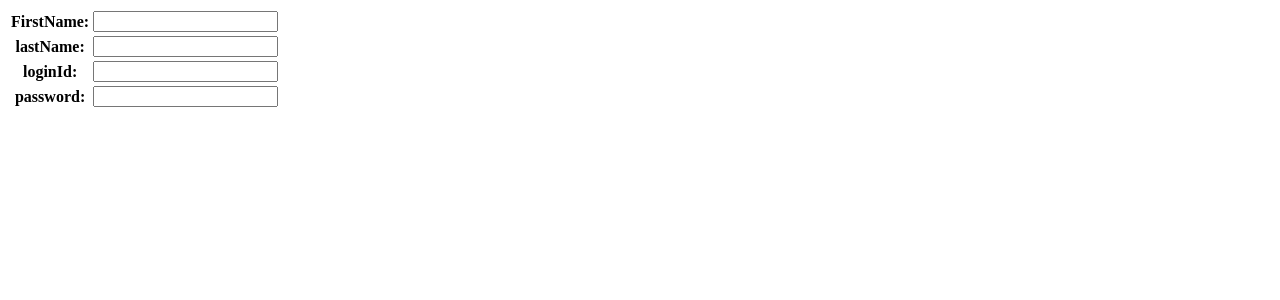
Repository: vikash9562/AdvanceJava
Page: http://localhost/DynamicProject/UserRegistration.jsp
These files come from the project's save history. The page is drawn as it stood at one moment and after the next save; the edit follows.
The browser window is 1280 px wide. The pictures show the whole page.
The page is served by Tomcat 9. Other server files are loaded and not shown.

Above is the page before, as saved 2023-08-14 08:46:30.

### advance java/DynamicProject/WebContent/UserRegistration.jsp
<%@ page language="java" contentType="text/html; charset=ISO-8859-1"
    pageEncoding="ISO-8859-1"%>
<!DOCTYPE html>
<html>
<head>
<meta charset="ISO-8859-1">
<title>Insert title here</title>
</head>
<body>
		<form action="Welcome.jsp">
					<table>
							<tr>
								<th> FirstName:</th>
								<td><Input type="text"name="FirstName"></td>
							</tr>

							<tr>
								<th> lastName:</th>
								<td><Input type="text"name="lastName"></td>
							</tr>

							<tr>
								<th> loginId:</th>
								<td><Input type="text"name="loginId"></td>
							</tr>

							<tr>
								<th> password:</th>
								<td><Input type="text"name="password"></td>
							</tr>

					</table>
		</form>
</body>
</html>

After the next save:
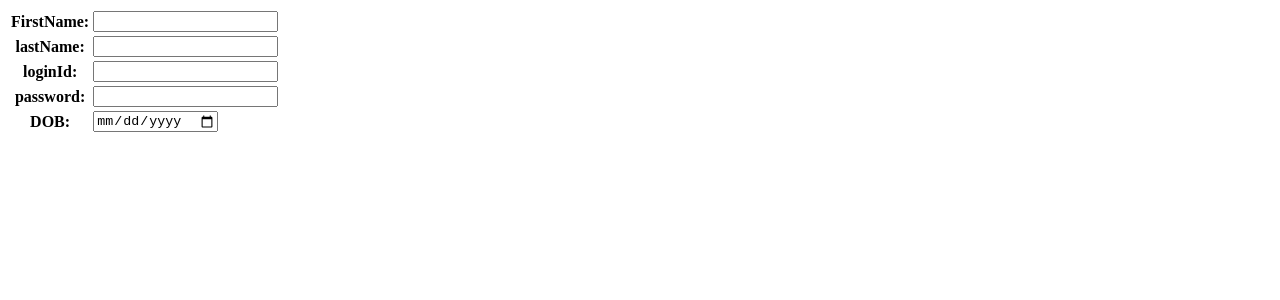
Saved 74 s later.
--- a/advance java/DynamicProject/WebContent/UserRegistration.jsp
+++ b/advance java/DynamicProject/WebContent/UserRegistration.jsp
@@ -29,6 +29,11 @@
 								<td><Input type="text"name="password"></td>
 							</tr>
 
+							<tr>
+								<th> DOB:</th>
+								<td><Input type="date"name="dob"></td>
+							</tr>
+
 					</table>
 		</form>
 </body>
